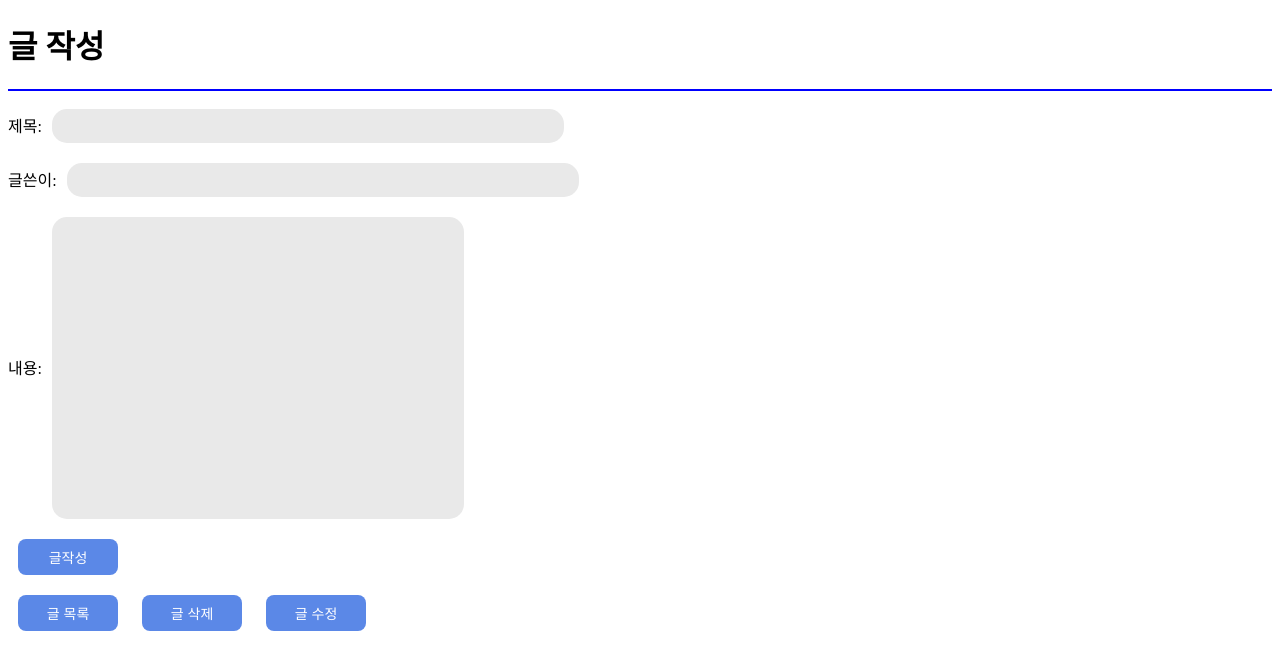
Repository: Yusubin/workEx
Page: http://localhost/test00/
These files come from the project's save history. The page is drawn as it stood at one moment and after the next save; the edit follows.
The browser window is 1280 px wide. The pictures show the whole page.
The page is served by Tomcat 9.

Above is the page before, as saved 2022-02-15 03:31:30.

After the next save:
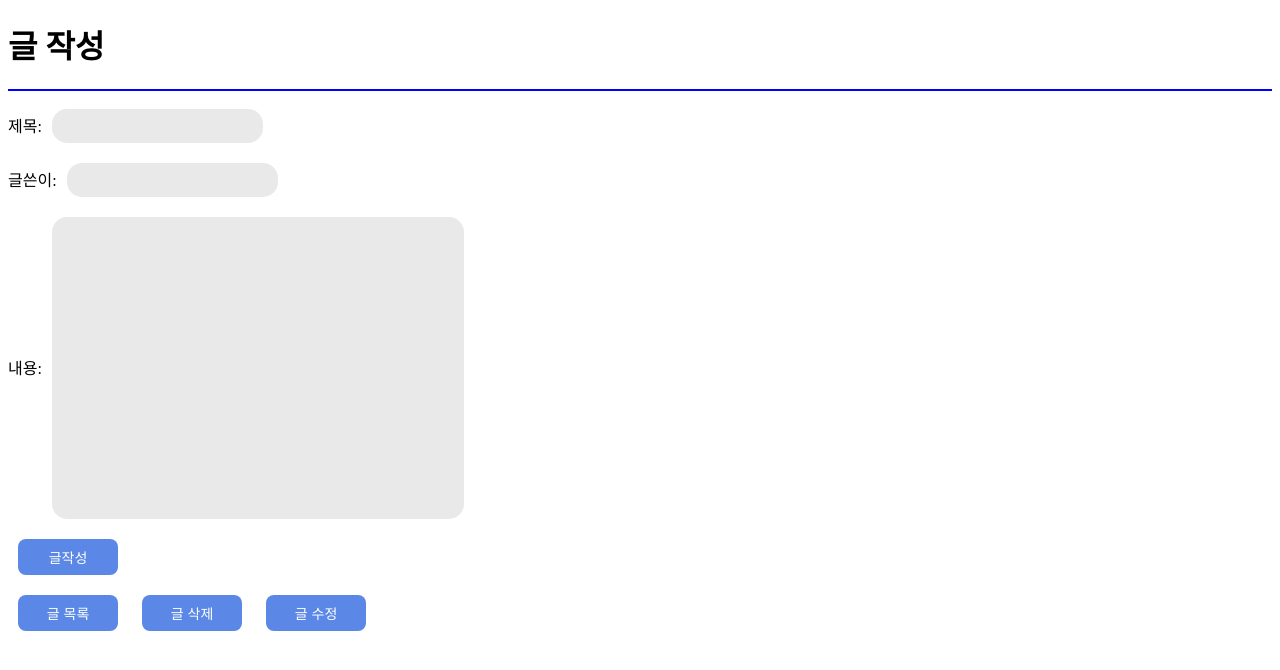
Saved 28 s later.
--- a/test00/src/main/webapp/css/style.css
+++ b/test00/src/main/webapp/css/style.css
@@ -1,7 +1,7 @@
 @charset "UTF-8";
 
 input {
-  width: 500px;
+
   height: 32px;
   font-size: 15px;
   border: 0;
